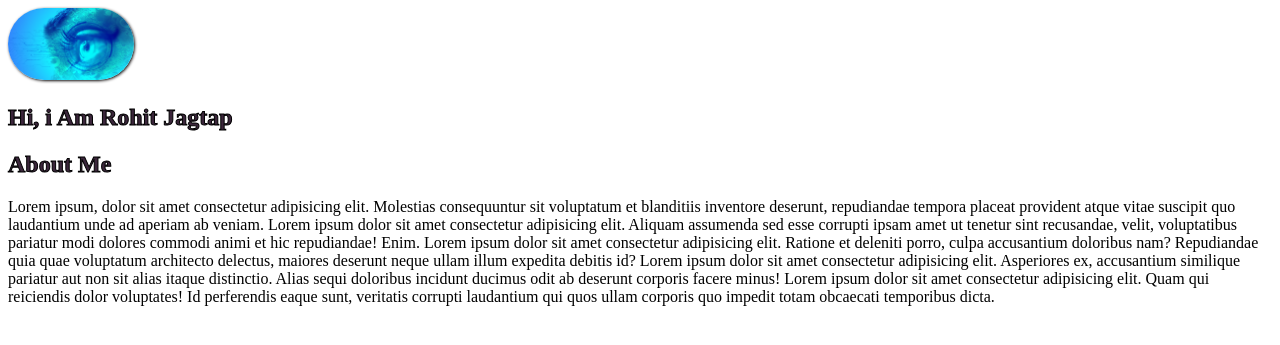
Repository: MintuKrishnan/subrahmanyam-batch
Page: front-end/html/port/about_me.html
The author's editor kept a copy of each file at every save. The page is drawn from the files as they stood at one save, then again after the next save.
The browser window is 1280 px wide. The pictures show the whole page.

Above is the page before, as saved 2021-02-26 19:01:08.

### front-end/html/port/about_me.html
<!DOCTYPE html>
<html lang="en">
  <head>
    <meta charset="UTF-8" />
    <meta http-equiv="X-UA-Compatible" content="IE=edge" />
    <meta name="viewport" content="width=device-width, initial-scale=1.0" />
    <title>Document</title>
    <link rel="stylesheet" href="style.css" />
  </head>
  <body>
    <div>
      <img src="../hipccup.png" alt="Plese Refresh The page" />
      <h2>Hi, i Am Rohit Jagtap</h2>
    </div>

    <div>
      <h2>About Me</h2>
      <p>
        Lorem ipsum, dolor sit amet consectetur adipisicing elit. Molestias
        consequuntur sit voluptatum et blanditiis inventore deserunt,
        repudiandae tempora placeat provident atque vitae suscipit quo
        laudantium unde ad aperiam ab veniam. Lorem ipsum dolor sit amet
        consectetur adipisicing elit. Aliquam assumenda sed esse corrupti ipsam
        amet ut tenetur sint recusandae, velit, voluptatibus pariatur modi
        dolores commodi animi et hic repudiandae! Enim. Lorem ipsum dolor sit
        amet consectetur adipisicing elit. Ratione et deleniti porro, culpa
        accusantium doloribus nam? Repudiandae quia quae voluptatum architecto
        delectus, maiores deserunt neque ullam illum expedita debitis id? Lorem
        ipsum dolor sit amet consectetur adipisicing elit. Asperiores ex,
        accusantium similique pariatur aut non sit alias itaque distinctio.
        Alias sequi doloribus incidunt ducimus odit ab deserunt corporis facere
        minus! Lorem ipsum dolor sit amet consectetur adipisicing elit. Quam qui
        reiciendis dolor voluptates! Id perferendis eaque sunt, veritatis
        corrupti laudantium qui quos ullam corporis quo impedit totam obcaecati
        temporibus dicta.
      </p>
    </div>
  </body>
</html>

### front-end/html/port/style.css
img {
  width: 10%;
  border-radius: 50px;
  box-shadow: 1px 1px 3px #0e0a0a;
}
.about {
  padding: 15px;
  width: 100%;
  height: 100%;
  background-color: #eabdf5;
  border-radius: 50px;
  box-shadow: 1px 1px 3px #292929;
}
.heading {
  text-align: center;
}

h2 {
  -webkit-text-stroke: 1px black;
  color: rgb(59, 38, 59);
}
body {
  -ms-text-align-last: center;
}

After the next save:
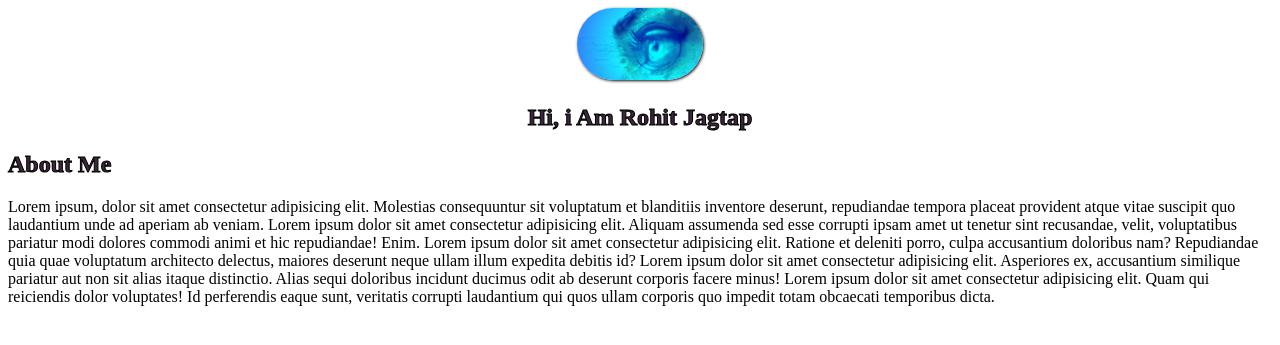
Saved 18 s later.
--- a/front-end/html/port/about_me.html
+++ b/front-end/html/port/about_me.html
@@ -8,7 +8,7 @@
     <link rel="stylesheet" href="style.css" />
   </head>
   <body>
-    <div>
+    <div class="heading">
       <img src="../hipccup.png" alt="Plese Refresh The page" />
       <h2>Hi, i Am Rohit Jagtap</h2>
     </div>
